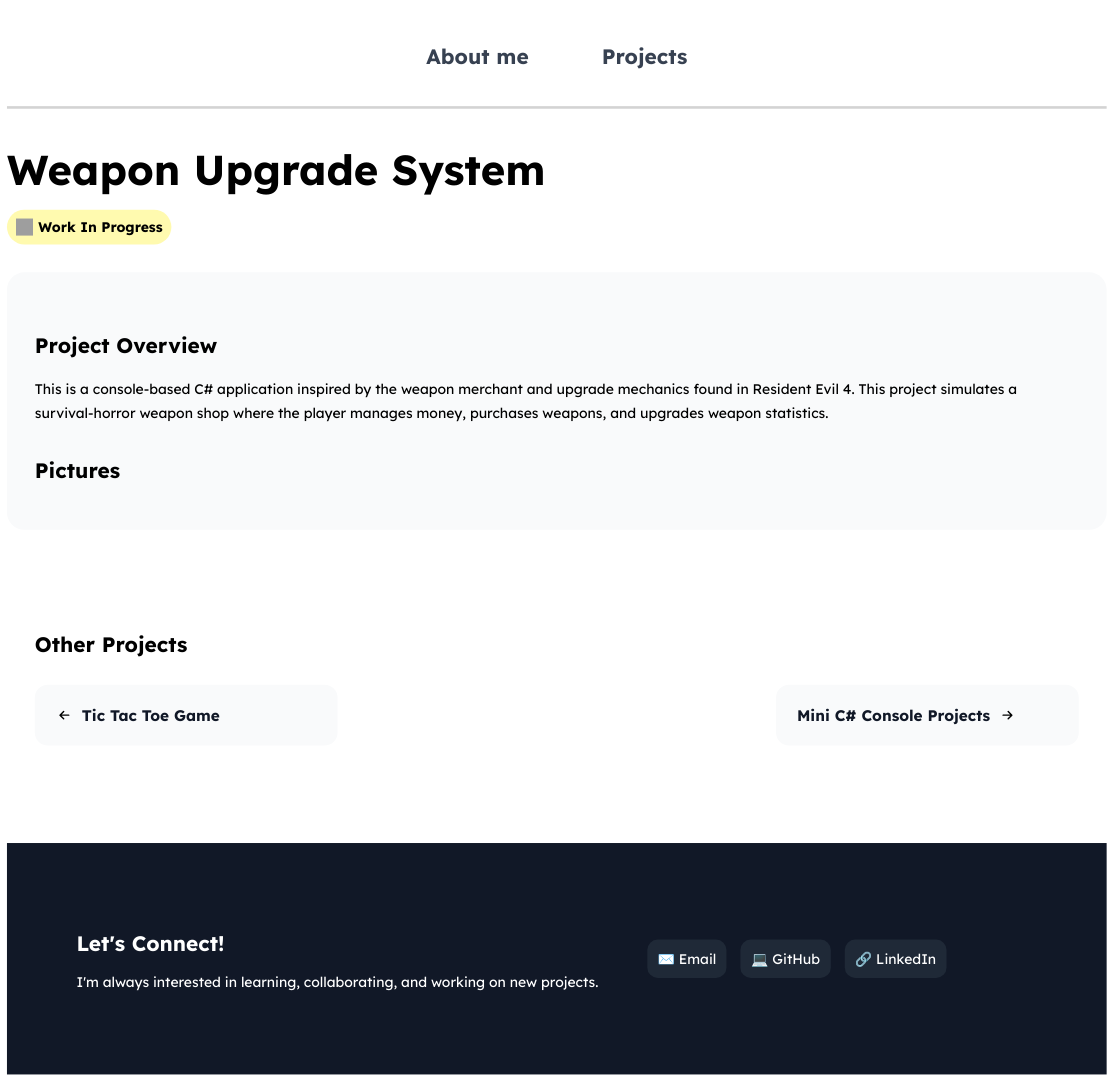
Repository: perrybalaba/perrybalaba
Page: pages/weapon-upgrade.html
The author's editor kept a copy of each file at every save. The page is drawn from the files as they stood at one save, then again after the next save.
The browser window is 1280 px wide. The pictures show the whole page, at 87% of full size.
Pictures or frames that could not be fetched are drawn as grey boxes.

Above is the page before, as saved 2026-05-14 18:35:51.

### pages/weapon-upgrade.html
<!DOCTYPE html>
<html lang="en">
<head>
    <meta charset="UTF-8">
    <meta name="viewport" content="width=device-width, initial-scale=1.0">
    <title> Perry's Portfolio </title>
    <link rel="stylesheet" href="../styles/projects.css"/>
    <link rel="stylesheet" href="../styles/globals.css"/>
</head>
<body>
    <main>
        <!-- NAVIGATION BAR -->
        <nav class="Nav-Bar">
            <ul>
                <li><a href="../index.html"> About me </a></li>
                <li><a href="../pages/weapon-upgrade.html"> Projects </a></li>
            </ul>
        </nav>
        <!-- INFO -->
        <div class="Project-Info">
            <div class="Project-Info-Container">
                <h2> Weapon Upgrade System </h2>
                <div class="Project-Stats">
                    <span class="Work-In-Progress">
                        <img src="../assets/images/clock-svgrepo-com.svg" alt="in progress"/>
                        Work In Progress
                    </span>
                </div>
                <div class="Project-Info-Card">
                    <h3> Project Overview </h3>
                        <p>
                            This is a console-based C# application inspired by the weapon merchant and upgrade mechanics
                            found in Resident Evil 4. This project simulates a survival-horror weapon shop where the player
                            manages money, purchases weapons, and upgrades weapon statistics.
                        </p>
                    <h3> Pictures </h3>
                </div>
            </div>

        </div>

        <!-- MORE PROJECTS -->
        <div class="Other-Projects">
            <h2> Other Projects </h2>
            <div class="Other-Projects-Container">
                <div class="Other-Projects-Card Left-Card">
                    <a href="./tic-tac-toe.html">
                    <img src="../assets/images/arrow-sm-left-svgrepo-com.svg">
                    Tic Tac Toe Game
                    </a>
                </div>

                <div class="Other-Projects-Card Right-Card">
                    <a href="./console-projects.html">
                        Mini C# Console Projects
                        <img src="../assets/images/arrow-sm-right-svgrepo-com.svg">
                    </a>
                </div>
            </div>
        </div>


        <!-- CONTACT -->
        <div class="Contact">
            <div class="Contact-Container">
                <div class="Contact-Text">
                    <h2> Let's Connect! </h2>
                    <p>
                        I'm always interested in learning, collaborating, and working on new projects.
                    </p>
                </div>

                <div class="Contact-Links">
                    <a href="mailto:balabaperry@gmail.com"> ✉️ Email</a>
                    <a href="https://github.com/perrybalaba"> 💻 GitHub </a>
                    <a href="https://www.linkedin.com/in/ann-karen-balaba-46b839387/"> 🔗 LinkedIn</a>
                </div>
            </div>
        </div>

    </main>
</body>
</html>

### styles/projects.css
/* NAVIGATION BAR */
.Nav-Bar {
    padding: 1rem;
    border-bottom: 3px solid lightgray;
}

nav ul {
    list-style: none;
    display: flex;
    justify-content: center;
    flex-wrap: wrap;
    gap: 2rem;
    padding: 0;
}

nav ul li a {
    display: block;
    text-align: center;
    padding: .75rem 1rem;
    text-decoration: none;
    color: #374151;
    font-weight: bold;
    padding: 10px;
    border-radius: 10px;
    font-size: 1rem;
    transition: 0.2s;
}

nav ul li a:hover {
    transform: scale(1.08);
    background-color: #f3f4f6;
    color: black;
}

/* PROJECT */
.Other-Projects {
    max-width: 1100px;
    margin: 0;
    padding: 2rem;
}

.Project-Info-Container h2 {
    font-size: 3rem;
    margin-bottom: 1rem;
}

.Project-Stats {
    display: flex;
    gap: 1rem;
    flex-wrap: wrap;
    margin-bottom: 2rem;
}

.Work-In-Progress {
    display: flex;
    align-items: center;
    gap: 6px;
    background-color: #fffaaf;
    padding: 10px;
    border-radius: 1000px;
    font-weight: bold;
}

.Work-In-Progress img {
    width: 20px;
    height: 20px;
}

.Project-Info-Card {
    background-color: #f9fafb;
    padding: 2rem;
    border-radius: 20px;
    line-height: 1.7;
}

.Project-Info-Card h3 {
    font-size: 1.5rem;
    margin-bottom: 1rem;
    margin-top: 2rem;
}

/* OTHER PROJECTS */
.Other-Projects {
    margin-top: 4rem;
    max-width: 1200px;
    padding: 2rem;
}

.Other-Projects-Container {
    display: flex;
    justify-content: space-between;
    align-items: center;
    width: 100%;
    margin-top: 2rem;
}

.Other-Projects h2 {
    margin-bottom: 2rem;
}

.Other-Projects-Card {
    background-color: #f9fafb;
    padding: 1.5rem;
    border-radius: 15px;
    width: 300px;
    transition: 0.2s ease;
}

.Other-Projects-Card:hover {
    transform: translateY(-5px);
    background-color: #f3f4f6;
}

.Other-Projects-Card a {
    text-decoration: none;
    color: #111827;
    font-weight: bold;
    font-size: 1.1rem;
    display:flex;
    align-items: center;
    gap: 10px;
}

.Other-Projects-Card img {
    width: 20px;
    height: 20px;
    transition: transform 0.2s ease;
}

.Left-Card:hover img {
    transform: translateX(-5px);
}

.Right-Card:hover img {
    transform: translateX(5px);
}

/* CONTACT */
.Contact {
    background-color: #111827;
    color: white;
    padding: 5rem;
    margin-top: 5rem;
}

.Contact-Container {
    display: flex;
    justify-content: space-between;
    align-items: center;
    max-width: 1000px;
    margin: 0;
    flex-wrap: wrap;
    gap: 2rem;
}

.Contact-Links {
    display: flex;
    gap: 1rem;
    flex-wrap: wrap;
}

.Contact-Links a {
    text-decoration: none;
    background-color: #1F2937;
    color: white;
    padding: 12px;
    border-radius: 12px;
    transition: 0.2s ease;
}

.Contact-Links a:hover {
    background-color: #374151;
    transform: scale(1.03);
}

### styles/globals.css
/* FONTS */
@font-face {
    font-family: "NotoSans";
    src: url(../assets/fonts/Noto_Sans/NotoSans-VariableFont_wdth\,wght.ttf);
}

@font-face {
    font-family: "Lexend";
    src: url(../assets/fonts/Lexend_Deca\,Noto_Sans/Lexend_Deca/LexendDeca-VariableFont_wght.ttf);
}

.Home-Header {
    font-family: "NotoSans";
}

.Nav-Bar {
    font-family: "Lexend";
}

main {
    font-family: "Lexend";
}

/* TABLET DESIGN */
@media (min-width: 768px) {
    /* NAVIGATION BAR */
    nav ul li a {
        font-size: 1.3rem;
    }

    /* HEADER */
    .Home-Header {
        font-size: 2.2rem;
    }

    /* ABOUT ME */
    .Info {
        flex-direction: row;
        justify-content: center;
        align-items: center;
        gap: 2rem;
        padding: 2rem;
    }

    .Description {
        width: 60%;
        max-width: 600px;
    }

    .Info img {
        max-width: 300px;
        width: 40%;
    }

    /* SKILLS */
    .Skill-Card {
        width: 260px;
    }

    .Skill-Icons img {
        width: 50px;
        height: 50px;
    }
}

/* DESKTOP */
@media (min-width: 1024px) {

    /* NAVIGATION */
    nav ul {
        gap: 4rem;
    }

    nav ul li a {
        font-size: 1.5rem;
    }

    /* ABOUT ME */
    .Info {
        gap: 5rem;
        padding: 4rem;
        justify-content: center;
        flex-direction: row;
        align-items: center;
    }

    .Description {
        max-width: 650px;
        font-size: 1.2rem;
        display: flex;
        flex-direction: column;
        align-items: center;
        justify-content: center;
        gap: 1rem;
    }

    .Info img {
        max-width: 500px;
    }

    .Home-Header {
        font-size: 4rem;
    }

    /* SKILLS */
    .Skill-Container {
        gap: 3rem;
    }

    .Skill-Card {
        width: 280px;
    }

    .Skill-Icons img {
        width: 80px;
        height: 80px;
    }

    /* SKILLS */
    .Projects-Container {
        display: flex;
        flex-direction: column;
        align-items: center;
    }

    .Project-Card {
        width: 100%;
        max-width: 850px;
        margin: 0 auto;
    }
}

After the next save:
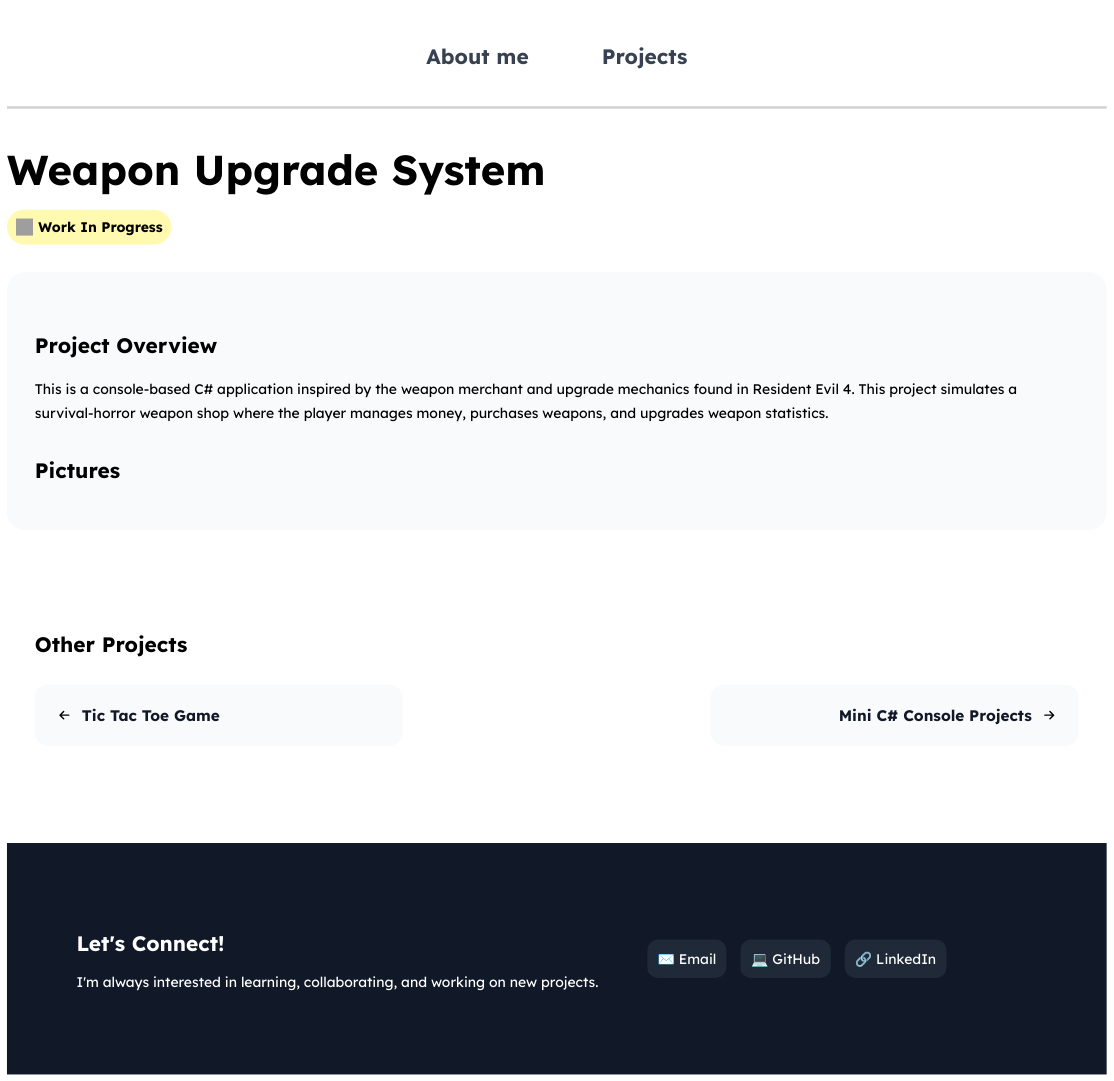
Saved 93 s later.
--- a/styles/projects.css
+++ b/styles/projects.css
@@ -102,7 +102,7 @@ nav ul li a:hover {
     background-color: #f9fafb;
     padding: 1.5rem;
     border-radius: 15px;
-    width: 300px;
+    width: 375px;
     transition: 0.2s ease;
 }
 
@@ -129,6 +129,14 @@ nav ul li a:hover {
 
 .Left-Card:hover img {
     transform: translateX(-5px);
+}
+
+.Left-Card a {
+    justify-content: flex-start;
+}
+
+.Right-Card a {
+    justify-content: flex-end;
 }
 
 .Right-Card:hover img {
